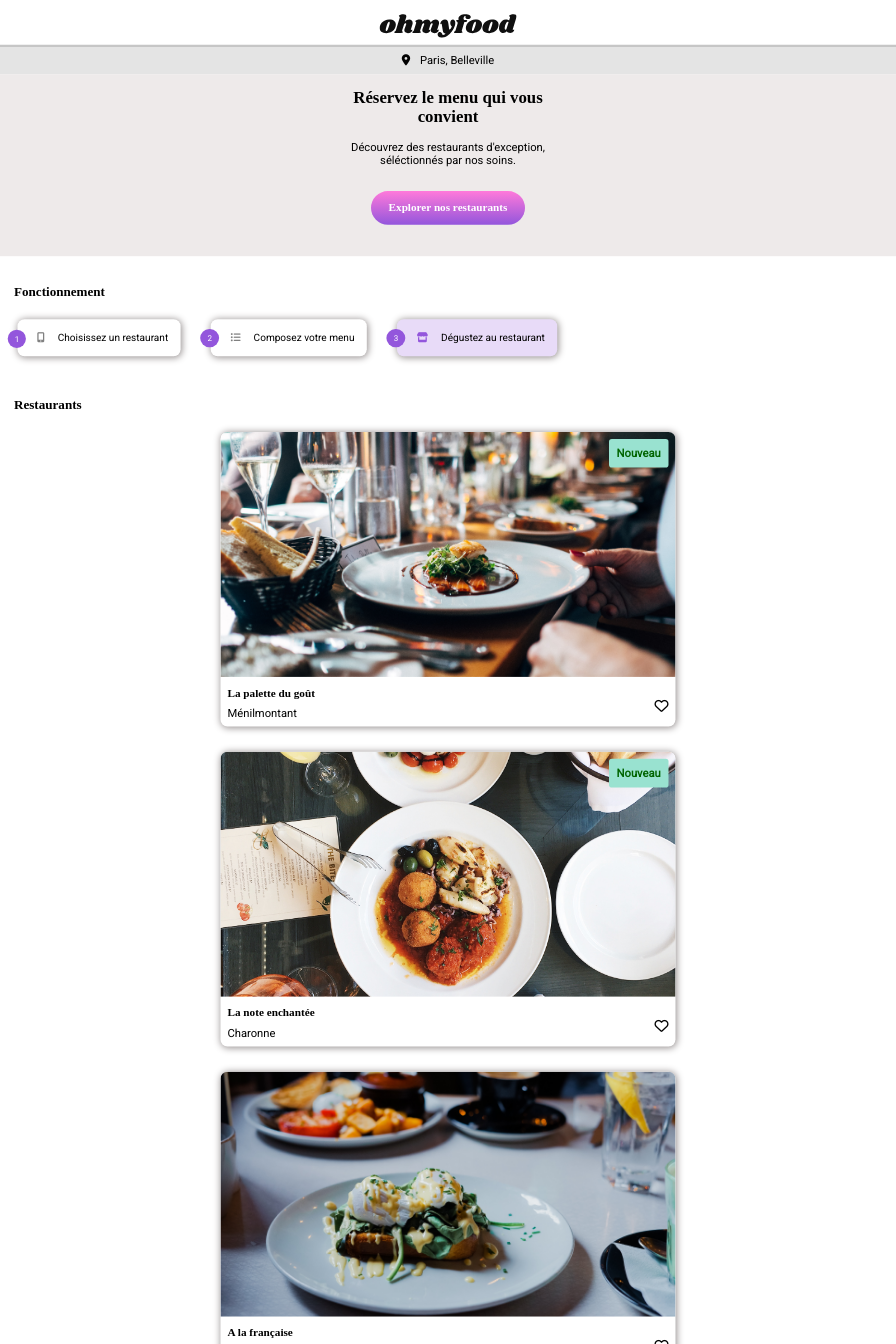
Repository: Micka-17/boimickael_3_16042021
Page: index.html
The author's editor kept a copy of each file at every save. The page is drawn from the files as they stood at one save, then again after a run of saves.
The browser window is 1280 px wide. The pictures show the part of the page from y = 0 to 1920 px (the page is 2618 px tall), at 70% of full size.
Some web fonts or font styles are not loaded; a fallback is used. Some web libraries are served in a nearby version. The style sheet was rebuilt from its Sass, Less or Tailwind sources for each picture, by a compiler version that may differ from the author's.

Above is the page before, as saved 2021-05-26 09:57:59.

### index.html
<!DOCTYPE html>
<html lang="en">
  <head>
    <meta charset="UTF-8" />
    <meta http-equiv="X-UA-Compatible" content="IE=edge" />
    <meta name="viewport" content="width=device-width, initial-scale=1.0" />
    <link rel="stylesheet" href="css/style.css" />
    <script
      src="https://kit.fontawesome.com/7f2b024bdc.js"
      crossorigin="anonymous"
    ></script>
    <title>OhMyFood</title>
  </head>
  <body>
    <div id="backgroundloader">
      <div id="loader"></div>
    </div>
    <header>
      <div id="logo">
        <img src="images/logo/ohmyfood@2x.svg" alt="OhMyFood" />
      </div>
    </header>
    <section id="sec-1">
      <div id="top">
        <div id="paris">
          <p><i class="fas fa-map-marker-alt icon"></i> Paris, Belleville</p>
        </div>
        <div id="reservation">
          <h2 id="center-top1">Réservez le menu qui vous convient</h2>
          <p id="center-top2">
            Découvrez des restaurants d'exception, séléctionnés par nos soins.
          </p>
          <a id="btn" href="#sec-3">Explorer nos restaurants</a>
        </div>
      </div>
    </section>
    <section id="sec-2">
      <div class="fonctionnement">
        <h3 class="h3s">Fonctionnement</h3>
        <ul class="bolder">
          <li>
            <i class="fas fa-mobile-alt icon-top"></i> Choisissez un restaurant
            <p id="number1">1</p>
          </li>
          <li>
            <i class="fas fa-list-ul icon-top"></i> Composez votre menu
            <p id="number2">2</p>
          </li>
          <li id="li-3">
            <i class="fas fa-store icon-top-purple"></i> Dégustez au restaurant
            <p id="number3">3</p>
          </li>
        </ul>
      </div>
    </section>
    <section id="sec-3">
      <h3 class="h3s">Restaurants</h3>
      <div class="choice">
        <a href="pages/la_palette_du_gout.html">
          <div class="card">
            <p class="nouveau">Nouveau</p>
            <img
              id="new"
              class="imga"
              src="images/restaurants/la_palette_du_gout.jpg"
              alt="la_palette_du_gout"
            />
            <div class="resto">
              <div>
                <h4>La palette du goût</h4>
                <p class="space">Ménilmontant</p>
              </div>
              <div class="loveclcik">
                <i class="far fa-heart love fa-lg"></i>
                <i class="fas fa-heart loves3"></i>
              </div>
            </div>
          </div>
        </a>
        <a href="pages/la_note_enchantee.html">
          <div class="card">
            <p class="nouveau">Nouveau</p>
            <img
              class="imga"
              src="images/restaurants/la_note_enchantee.jpg"
              alt="la_note_enchantee"
            />
            <div class="resto">
              <div>
                <h4>La note enchantée</h4>
                <p class="space">Charonne</p>
              </div>
              <div class="loveclcik">
                <i class="far fa-heart love fa-lg"></i>
                <i class="fas fa-heart loves3"></i>
              </div>
            </div>
          </div>
        </a>
        <a href="pages/a_la_francaise.html">
          <div class="card">
            <img
              class="imga"
              src="images/restaurants/a_la_française.jpg"
              alt="a_la_française"
            />
            <div class="resto">
              <div>
                <h4>A la française</h4>
                <p class="space">Cité Rouge</p>
              </div>
              <div class="loveclcik">
                <i class="far fa-heart love fa-lg"></i>
                <i class="fas fa-heart loves3"></i>
              </div>
            </div>
          </div>
        </a>
        <a href="pages/le_delice_des_sens.html">
          <div class="card">
            <img
              class="imga"
              src="images/restaurants/le_delice_des_sens.jpg"
              alt="le_delice_des_sens"
            />
            <div class="resto">
              <div>
                <h4>Le delice des sens</h4>
                <p class="space">Folie-Méricourt</p>
              </div>
              <div class="loveclcik">
                <i class="far fa-heart love fa-lg"></i>
                <i class="fas fa-heart loves3"></i>
              </div>
            </div>
          </div>
        </a>
      </div>
    </section>
    <section class="end">
      <footer>
        <div>
          <h3 id="logo-white">ohmyfood</h3>
          <div class="end-ul">
            <p>
              <i class="fas fa-utensils icon-footer"></i> Proposer un restaurant
            </p>
            <p>
              <i class="fas fa-hands-helping icon-footer"></i> Devenir
              partenaire
            </p>
            <p>Mentions légales</p>
            <a id="contact" href="mailto:contact@ohmyfood.com"
              ><p>Contact</p></a
            >
          </div>
        </div>
      </footer>
    </section>
  </body>
</html>

### sass/style.scss
@import "./directories/Utils/variables-mixin";
@import "./directories/Base/main.scss";



ul {
    font-family: 'Roboto', sans-serif;
    font-size: 0.9em;
    @media (min-width: 430px) {
        max-width: 450px;
    }
        @media (min-width: 1000px) {
            display: flex;
            min-width: 100%;

        }
}

/*#backgroundloader {
    position: absolute;
    top: 0;
    left: 0;
    background-color: $color3;
    min-width: 100%;
    height: 100vh;
    animation: loader2 3s;
    animation-fill-mode: both;
    animation-timing-function: step-end;
  }
#loader {
    position: absolute;
    height: 70px;
    top: 50%;
    right: 50%;
    bottom: 50%;
    left: 50%;
    width: 64px;
    height: 64px;
    border-radius: 50%;
    border: 6px solid rgb(255, 255, 255);
    border-color: $color1 transparent $color2 transparent;
    animation: dual-ring 0.8s infinite, loader 3s;
    animation-delay: 0.2s;
    animation-fill-mode: both;
  }
*/
#contact {
    color: white;
}

.spacediv p {
    font-family: 'Roboto', sans-serif;
    text-overflow: ellipsis;
    overflow: hidden;
    white-space: nowrap;
}

#logo {
    display: flex;
    justify-content: center;
    margin-top: 20px;
    margin-bottom: 10px;
}

#paris {
    display: flex;
    justify-content: center;
    border-top: solid 3px rgba(128, 128, 128, 0.301);
    min-width: 321px;
    padding-top: 10px;
    padding-bottom: 10px;
    background-color: rgba(128, 128, 128, 0.212);
        .icon {
            margin-right: 10px;
        }
}

#reservation {
    display: flex;
    justify-content: center;
    flex-direction: column;
    place-items: center;
    background-color: rgb(238, 234, 234);
    padding-bottom: 45px;
        #btn {
            @include btn();
                &:hover {
                    filter: brightness(1.10);
                    box-shadow: 0px 0px 10px 5px gray;
                }
        }
}

#center-top1 {
    text-align: center;
    margin-top: 20px;
    max-width: 350px;
}

#center-top2 {
    margin-top: 20px;
    margin-bottom: 20px;
    text-align: center;
    max-width: 350px;
}


.icon-top {
    color: gray;
    margin-right: 15px;
    margin-left: 10px;
}

.icon-top-purple {
    color: $color1;
    margin-right: 15px;
    margin-left: 10px;
}

#li-3 {
    background-color: #9256dc36;
}

li { position: relative;
    background-color: #ffffff;
    border-radius: 10px;
    padding: 18px;
    margin: 18px;
    margin-left: 25px;
    box-shadow: 1px 1px 10px 1px rgb(151, 145, 145);
        #number1 {
            position: absolute;
            top: 15px;
            left: -14px;
            background-color: $color1;
            border-radius: 50px;
            padding: 6px 10px;
            font-size: 0.8em;
            color: white;
        }
            #number2 {
                position: absolute;
                top: 14px;
                left: -15px;
                background-color: $color1;
                border-radius: 50px;
                padding: 6px 10px;
                font-size: 0.8em;
                color: white;
            }
                #number3 {
                    position: absolute;
                    top: 14px;
                    left: -15px;
                    background-color: $color1;
                    border-radius: 50px;
                    padding: 6px 10px;
                    font-size: 0.8em;
                    color: white;
                }
}
.space {
    margin-top: 10px;
    margin-bottom: 10px;
}
.card {
    background-color: #ffffff;
    border-radius: 10px;
    padding: 0px;
    margin: 18px;
    box-shadow: 1px 1px 10px 1px rgb(151, 145, 145);
    max-width: 100%;
}
.imga {
    object-fit: cover;
    border-radius: 10px 10px 0px 0px;
    width: 650px;
    height: 350px;
        @media (max-width:900px) {
            max-width: 100%;
        }
            @media (max-width:500px) {
                max-width: 100%;
            }
}
.card {
    position: relative;
}
.nouveau {
    position: absolute;
    padding: 0.7rem;
    border-radius: 0.25rem;
    color: darkgreen;
    font-weight: bold;
    right: 10px;
    top: 10px;
    background-color: #99e2d0;
}

.h3s {
    margin: 40px 0px 10px 20px;

}

.choice {
    display: flex;
    flex-direction: column;
    place-items: center;
    flex-wrap: wrap;
        .resto {
            display: flex;
            justify-content: space-between;
            align-items: center;
            margin: 10px;
        }
            @media (min-width: 630px) {
                flex-wrap: wrap;
                flex-direction: row;
                justify-content: center;
            }
                @media (min-width: 1350px) {
                    display: grid;
                    grid-template-rows: 50% 50%;
                    grid-template-columns: 50% 50%;
                }
}


footer {
    margin-top: 30px;
    padding: 10px;
    background-color: rgb(54, 54, 54);
    color: white;
        #logo-white {
            font-family: 'Shrikhand', cursive;
            font-weight: 300;
            margin-bottom: 15px;
            margin-left: 20px;
            margin-top: 10px;
        }
            li {
                background-color: transparent;
                border-radius: 0;
                padding: 5px;
                margin-left: 20px;
                box-shadow: none;
                display: flex;
                margin-top: 5px;
                margin-bottom: 5px;
            }
                .icon-footer {
                    max-width: 2px;
                    max-height: 2px;
                    margin-right: 25px;
                }
                    @media (min-width:1000px) {
                        padding: 40px;
                    }
}


//pages 2

.img-top {
    min-width: 100%;
    max-height: 510px;
}

.arrow {
    position: absolute;
    left: 20px;
    top: 30px;
    color: rgba(0, 0, 0, 0.801);
}
#margtitle {
    margin-left: 15px;
    max-width: 220px;
}
img {
    object-fit: cover;
}
.titlemargall {
    margin-top: 30px;
    margin-left: 15px;
    border-bottom: solid rgba(55, 224, 55, 0.541);
    max-width: 30px;
}
#middle {
    position: absolute;
    top: 240px;
    min-width: 100%;
    min-height: 980px;
    background-color: rgb(231, 229, 229);
    border-radius: 20px 20px 0px 0;
    padding-top: 30px;
     .entrees {
        @include centre();
        @include capsule();
     }
        .bold {
            font-weight: bold;
            font-size: 1em;
        }
        .bolder {
            font-weight: bold;
            font-size: 0.6m;
                @media (min-width: 1000px) {
                    margin: 15px;
                }
        }
            p {
                font-size: 0.7em;
            }
                .loves1 {
                    position: absolute;
                    right: 15px;
                    color: gray
                }
}

.loves2 {
    display: none;
    opacity: 0;
    background: linear-gradient(0deg,#9356dc,#ff79da);
    background-clip: text;
    -webkit-background-clip: text;
    -moz-background-clip: text;
    -webkit-text-fill-color: transparent;
    position: absolute;
    right: 15px;
}
#margtitle:hover .loves2 {
    animation: fadeout;
    opacity: 1;
    animation-duration: .5s;
    display: inline-block;
    justify-content: center;
}

.loves3 {
    display: none;
    opacity: 0;
    background: linear-gradient(0deg,#9356dc,#ff79da);
    background-clip: text;
    -webkit-background-clip: text;
    -moz-background-clip: text;
    -webkit-text-fill-color: transparent;
    position: absolute;
    right: 9px;
    bottom: 18px;
}
.loveclcik:hover .loves3 {
    animation: fadeout2;
    opacity: 1;
    animation-duration: .5s;
    display: inline-block;
    justify-content: center;
    font-size: 1.5em;
}

#entrees {
    animation: slideup 1s;
    animation-duration: 1s;
}
#plats {
    animation: slideup 1s;
    animation-duration: 5s;
}
#desserts {
    animation: slideup 1s;
    animation-duration: 8s;
}


.entrees, .plats, .desserts {
    cursor: pointer;
        @media (max-width:321px) {
            width: 300px;
        }
        @media (max-width:378px) {
            max-width: 100%;
        }
        @media (max-width:414px) {
            max-width: 100%;
        }
        @media (min-width: 1000px) {
            min-width: 30%;
            min-height: 90px;
            width: 100%;
        }
}

.spacediv {
    width: 100%;
    overflow: hidden;
    @include spacediv();
        @media (min-width: 1000px) {
            justify-content: space-evenly;
        }
}
.plats {
    @include capsule();
    @include centre();
}
.desserts {
    @include capsule();
    @include centre();
}

.responsive {
    @media (min-width: 1000px) {
        display: flex;
        justify-content: center;
    }
}

.responsive-entrees {
    @media (min-width: 1000px) {
        display: flex;
        justify-content: center;
        flex-wrap: wrap;
    }
}

#btnp2 {
    @include btn();
    margin-top: 40px;
        &:hover {
            filter: brightness(1.10);
            box-shadow: 0px 0px 10px 5px gray;
        }
         @media (min-width: 1000px) {
            margin-top: 150px;
         }
}

#placement-btn {
    display: flex;
    justify-content: center;
    place-items: center;
}

.end1 {
    position: absolute;
    top: 1151px;
    min-width: 100%;
}

.end {
    position: absolute;
    min-width: 100%;
}

.end-ul {
        @media (min-width: 430px) {
        max-width: 450px;
    }
        @media (min-width: 1000px) {
            display: flex;
            min-width: 100%;
            flex-direction: row;
            justify-content: space-evenly;
        }
}

.end-ul p {
    margin: 8px;
}

//page la note enchantee

 .align-price{
    display: flex;
    align-items: flex-end;
    margin-bottom: 8px;
    margin-right: 8px;
}

.check {
    width: 0px;
    transition-duration: 1s;
    font-size: 1.5em;
     & i {
        display: none;
        place-items: center;
        color: white;
     }
}

.entrees:hover .check {
    width: 90px;
    height: 51px;
    background-color: $color3;
    display: flex;
    justify-content: center;
    border-radius: 0 20% 20% 0;
        @media (max-width: 1000px) {
            width: 65px;
        }
            & .rotation {
                display: flex;
                place-items: center;
            }
                & .rond {
                    display: flex;
                    place-items: center;
                    transform-origin: center;
                    animation: spin;
                    animation-duration: 1s;
                }
                    @media (min-width: 1000px) {
                        height: 90px;
                        border-radius: 0 10% 10% 0;
                    }
}


.plats:hover .check {
    width: 90px;
    height: 51px;
    background-color: $color3;
    display: flex;
    justify-content: center;
    border-radius: 0 20% 20% 0;
        @media (max-width: 1000px) {
            width: 65px;
        }
            & .rotation {
                display: flex;
                place-items: center;
            }
                & .rond {
                    display: flex;
                    place-items: center;
                    transform-origin: center;
                    animation: spin;
                    animation-duration: 1s;
                }
                    @media (min-width: 1000px) {
                        height: 90px;
                        border-radius: 0 10% 10% 0;
                    }
}

.desserts:hover .check {
    width: 90px;
    height: 51px;
    background-color: $color3;
    display: flex;
    justify-content: center;
    border-radius: 0 20% 20% 0;
        @media (max-width: 1000px) {
            width: 65px;
        }
            & .rotation {
                display: flex;
                place-items: center;
            }
                & .rond {
                    display: flex;
                    place-items: center;
                    transform-origin: center;
                    animation: spin;
                    animation-duration: 1s;
                }
                    @media (min-width: 1000px) {
                        height: 90px;
                        border-radius: 0 10% 10% 0;
                    }
}

### sass/directories/Utils/_variables-mixin.scss
$color1: #9356DC;
$color2: #FF79DA;
$color3: #99E2D0;

@mixin centre {
    display: flex;
    justify-content: space-between;
}

@mixin capsule {
    background-color: whitesmoke;
    border-radius: 10px;
    box-shadow: 1px 1px 10px 1px rgb(226, 226, 226);
    margin: 10px;
    overflow: hidden;
}
 @mixin spacediv {
    min-height: 35px;
    display: flex;
    flex-direction: column;
    justify-content: space-between;
    padding: 8px;
 }
@mixin btn {
    background: linear-gradient($color2, $color1);
    border-radius: 50px;
    border: none;
    box-shadow: gray;
    color: white;
    font-weight: bold;
    max-width: 200px;
    min-width: 200px;
    margin-top: 15px;
    padding: 15px 10px;
    text-align: center;
    text-decoration: none
}

@keyframes fadein {
    from {
        transform: scaleX(0);
    }

    to {
        transform: scaleX(1);
    }
}

@keyframes fadeout {
    from {
        transform: scaleY(0);
    }

    to {
        transform: scaleY(1);
    }
}
@keyframes fadeout2 {
    from {
        transform: scale(0);
    }

    to {
        transform: scale(1.5);
    }
}

@keyframes spin {
    from {
        transform: rotate(0deg);
    } to {
        transform: rotate(360deg);
    }
}

@keyframes slideup {
    from {
        transform: translateY(50px);
        opacity: 0;
    }
    to {
        transform: translateY(0px);
        opacity: 1;
    }
}


 @keyframes dual-ring {
    0% {
      transform: rotate(0deg);
      opacity: 100%;
    }
    50% {
        transform: rotate(180deg);
        opacity: 10%;
      }
    100% {
      transform: rotate(360deg);
      opacity: 100%;
    }
  }

@keyframes loader {
    0% {
    opacity: 100%;
    }
    99% {
        opacity: 100%;
    }
    100% {
        opacity: 100%;
    }
}

@keyframes loader2 {
    0% {
    opacity: 100%;
    z-index: 9999;
    }
    99% {
        opacity: 0;
        z-index: -1000;
    }
    100% {
        opacity: 0;
        z-index: -1000;
    }
}

### sass/directories/Base/main.scss
@import url('https://fonts.googleapis.com/css2?family=Roboto&family=Shrikhand&display=swap');

* {
    margin: 0;
    padding: 0;
    text-decoration: none;
    list-style-type: none;
}
#margtitle {
    font-family: Shrikhand;
    font-weight: 100;
    font-size: 1.2em;
}
p {
    font-family: 'Roboto', sans-serif;
}
a {
    text-decoration: none;
    list-style: none;
    color: rgb(0, 0, 0);
}

After the next 3 saves:
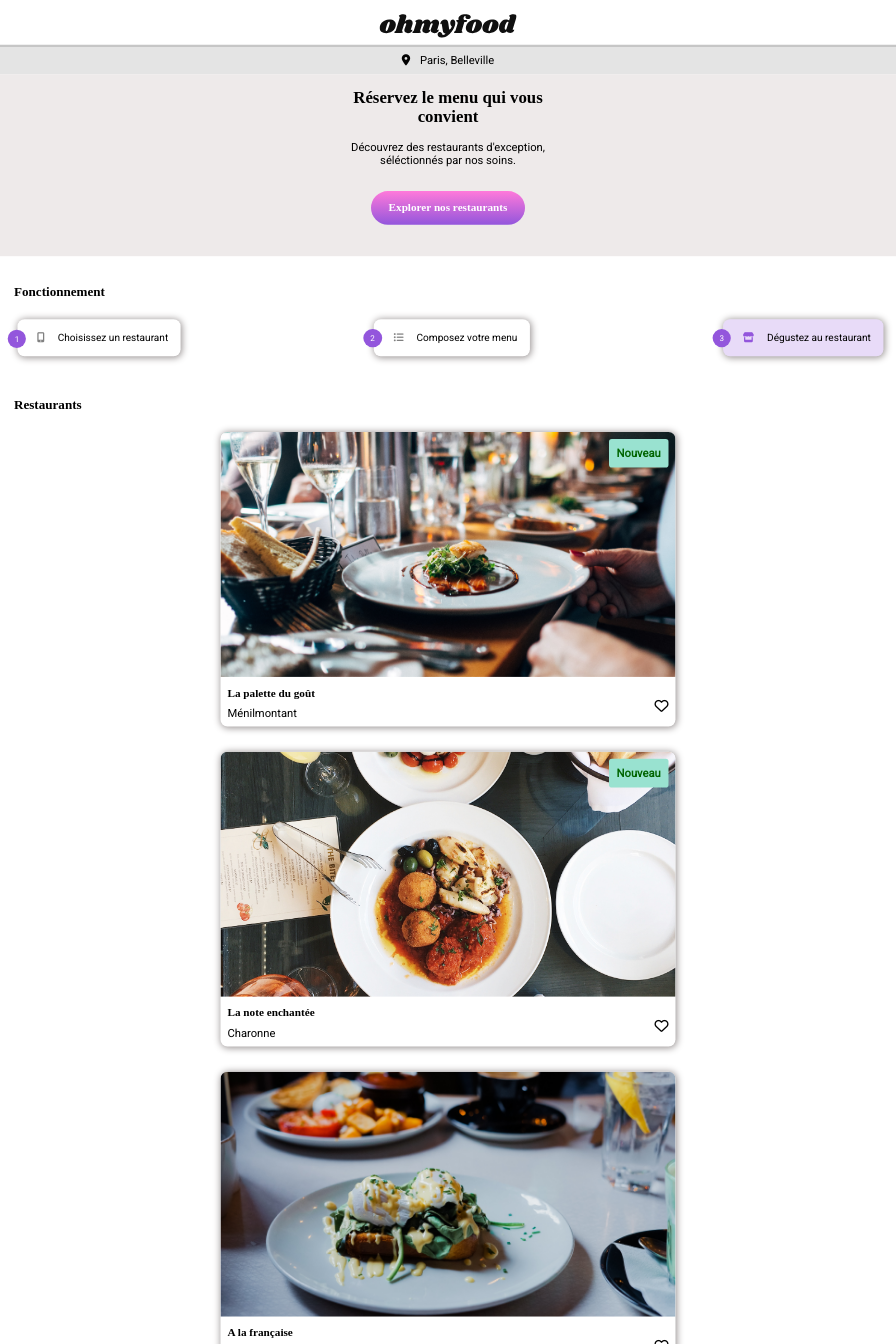
The 3 saves are shown as one change because they came seconds apart.
The last was saved 8 s later.
--- a/sass/style.scss
+++ b/sass/style.scss
@@ -12,7 +12,7 @@ ul {
         @media (min-width: 1000px) {
             display: flex;
             min-width: 100%;
-
+            justify-content: space-between;
         }
 }
 
